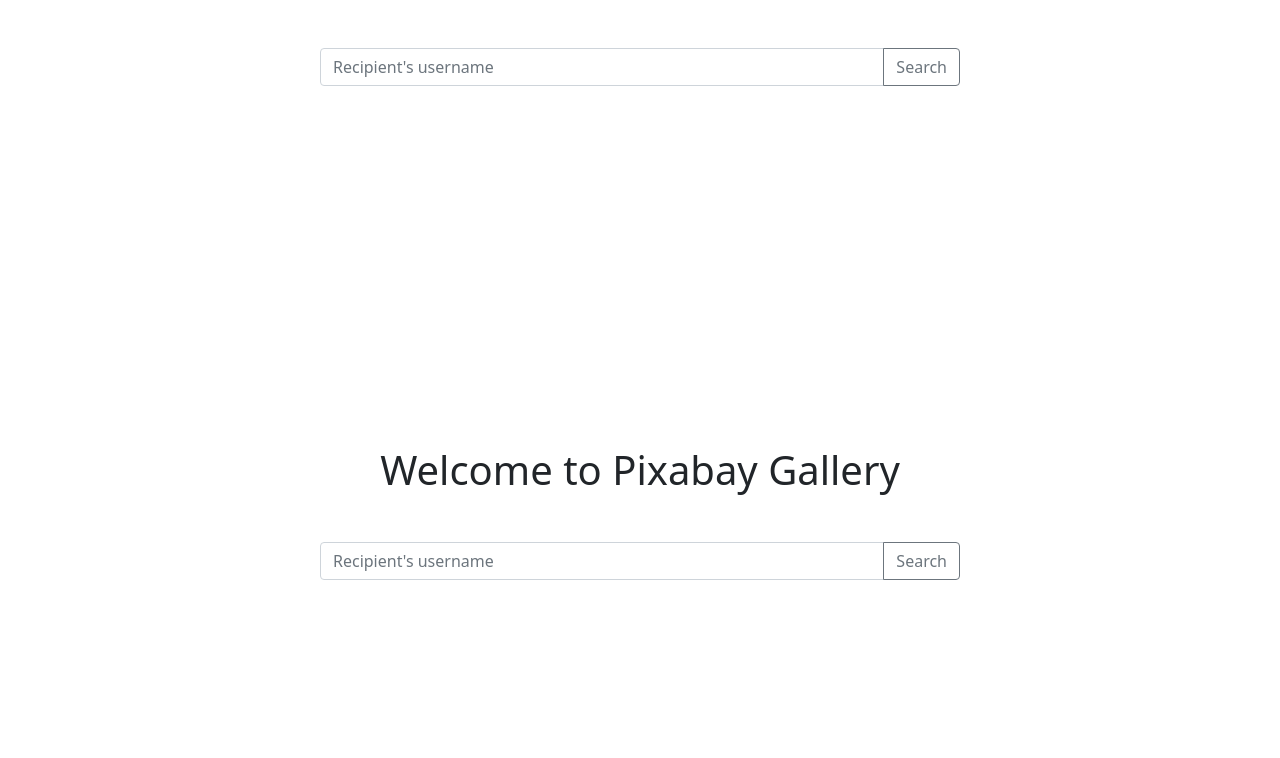
Repository: mehedi9465/PixaBay-Gallery
Page: index.html
An editor plug-in stored every save of this project. The page is shown before and after the next save, followed by the edit.
The browser window is 1280 px wide. The pictures show the whole page.

Above is the page before, as saved 2023-05-09 14:51:30.

### index.html
<!DOCTYPE html>
<html lang="en">
<head>
    <meta charset="UTF-8">
    <meta http-equiv="X-UA-Compatible" content="IE=edge">
    <meta name="viewport" content="width=device-width, initial-scale=1.0">
    <title>Pixabay</title>
    <link rel="shortcut icon" href="https://pixabay.com/favicon-32x32.png" type="image/x-icon">
    <link href="https://cdn.jsdelivr.net/npm/bootstrap@5.1.1/dist/css/bootstrap.min.css" rel="stylesheet" integrity="sha384-F3w7mX95PdgyTmZZMECAngseQB83DfGTowi0iMjiWaeVhAn4FJkqJByhZMI3AhiU" crossorigin="anonymous">
    <script src="https://cdn.jsdelivr.net/npm/bootstrap@5.1.1/dist/js/bootstrap.bundle.min.js" integrity="sha384-/bQdsTh/da6pkI1MST/rWKFNjaCP5gBSY4sEBT38Q/9RBh9AH40zEOg7Hlq2THRZ" crossorigin="anonymous"></script>
    <link rel="stylesheet" href="css/style.css">
</head>
<body>

<main>
    <div class="input-group mt-5 mb-5 w-50 mx-auto overflow-hidden">
        <input type="text" class="form-control" placeholder="Recipient's username" aria-label="Recipient's username" aria-describedby="button-addon2" id="InputField">
        <button class="btn btn-outline-secondary" type="button" id="button-addon2">Search</button>
    </div>
    <div id="details" class="text-center mb-5 position-relative overflow-auto">

    </div>

    <div id="image-Container" class="row row-cols-1 row-cols-md-4 g-4 overflow-hidden">

    </div>
</main>

<main>
      <div class="position-relative" style="height: 80vh">
        <div
        class="text-center fs-1 position-absolute top-50 bottom-50 start-0 end-0 m-auto"
        >
        <h1 class="text-center fs-1">Welcome to Pixabay Gallery</h1>
          <div class="input-group mt-5 mb-5 w-50 mx-auto overflow-hidden">
            <input
              type="text"
              class="form-control"
              placeholder="Recipient's username"
              aria-label="Recipient's username"
              aria-describedby="button-addon2"
              id="InputField"
            />
            <button
              class="btn btn-outline-secondary"
              type="button"
              id="button-addon2"
            >
              Search
            </button>
          </div>
        </div>
      </div>

      <div id="details" class="text-center mb-5 position-relative overflow-auto">

    </div>

    <div id="image-Container" class="row row-cols-1 row-cols-md-4 g-4 overflow-hidden">

    </div>
    </main>



    <script src="js/script.js"></script>
</body>
</html>

### css/style.css
.col img{
    width: 450px;
    height: 350px;
    object-fit: cover;
}

### js/script.js
const KEY = "12991928-c7c6409774c494db9971343c7";
let dataList = [];

const getData = (query) => {
  fetch(
    `https://pixabay.com/api/?key=${KEY}&q=${query}&image_type=photo&pretty=true`
  )
    .then((response) => response.json())
    .then((data) => loadData(data.hits))
    .catch((err) => console.log(err));
};

document.getElementById("button-addon2").addEventListener("click", () => {
  const inputValue = document.getElementById("InputField").value;
  getData(inputValue);
});

const loadData = (datas) => {
  dataList = [...datas];
  if (datas.length === 0) {
    alert("No result found");
    return;
  }
  const imageContainer = document.getElementById("image-Container");
  imageContainer.innerHTML = "";
  datas.forEach((data) => {
    let imgSerial = datas.indexOf(data);
    const appendDiv = document.createElement("div");
    appendDiv.innerHTML = `
        <div id="image" class="col text-center" onclick="loadDetails('${data.largeImageURL}', '${imgSerial}')">
            <img src="${data.largeImageURL}" class="card-img-top" alt="...">
        </div>
        `;
    imageContainer.appendChild(appendDiv);
  });
};

const detailDiv = document.getElementById("details");

document.getElementById("InputField").addEventListener("click", () => {
  document.getElementById("InputField").value = "";
});

const loadDetails = (data, imgSerial) => {
  // console.log(imgSerial);
  const img = document.createElement("img");
  img.setAttribute("src", data);

  const nextBTN = document.createElement("span");
  // nextBTN.innerHTML = `<button class="btn btn-secondary border-0 outline-0">Next</button>`
  nextBTN.innerHTML = `<img src="https://cdn-icons-png.flaticon.com/512/892/892528.png" width='80' class="position-absolute end-0 top-50 bottom-50 m-auto cursor-pointer" alt="..." onclick="onNext('${imgSerial}')" />`;

  const prevBTN = document.createElement("span");
  // prevBTN.innerHTML = `<button class="btn btn-secondary border-0 outline-0">Prev</button>`
  prevBTN.innerHTML = `<img src="https://cdn-icons-png.flaticon.com/512/892/892512.png" width='80' class="position-absolute start-0 top-50 bottom-50 m-auto cursor-pointer" alt="..." onclick="onPrev('${imgSerial}')" />`;

  detailDiv.innerHTML = "";
  detailDiv.append(prevBTN);
  detailDiv.appendChild(img);
  detailDiv.append(nextBTN);
};

const onNext = (imgSerial) => {
  if (imgSerial >= 0 && imgSerial <= 18) {
    imgSerial++;
    const data = dataList[imgSerial];
    loadDetails(data.largeImageURL, imgSerial);
  } else if (imgSerial == 19) {
    imgSerial = 0;
    const data = dataList[imgSerial];
    loadDetails(data.largeImageURL, imgSerial);
  }
};

const onPrev = (imgSerial) => {
  if (imgSerial <= 19 && imgSerial >=1) {
    imgSerial--;
    const data = dataList[imgSerial];
    loadDetails(data.largeImageURL, imgSerial);
  } else if (imgSerial == 0) {
    imgSerial = 19;
    const data = dataList[imgSerial];
    loadDetails(data.largeImageURL, imgSerial);
  }
};

// const nextBTN = ' <span><img class="border-0 outline-0" src="https://cdn-icons-png.flaticon.com/512/892/892512.png" alt="Prev" width="200"></span>'
// const prevBTN = '<span><img src="https://cdn-icons-png.flaticon.com/512/892/892528.png" alt="Next" width="200"></span>'

After the next save:
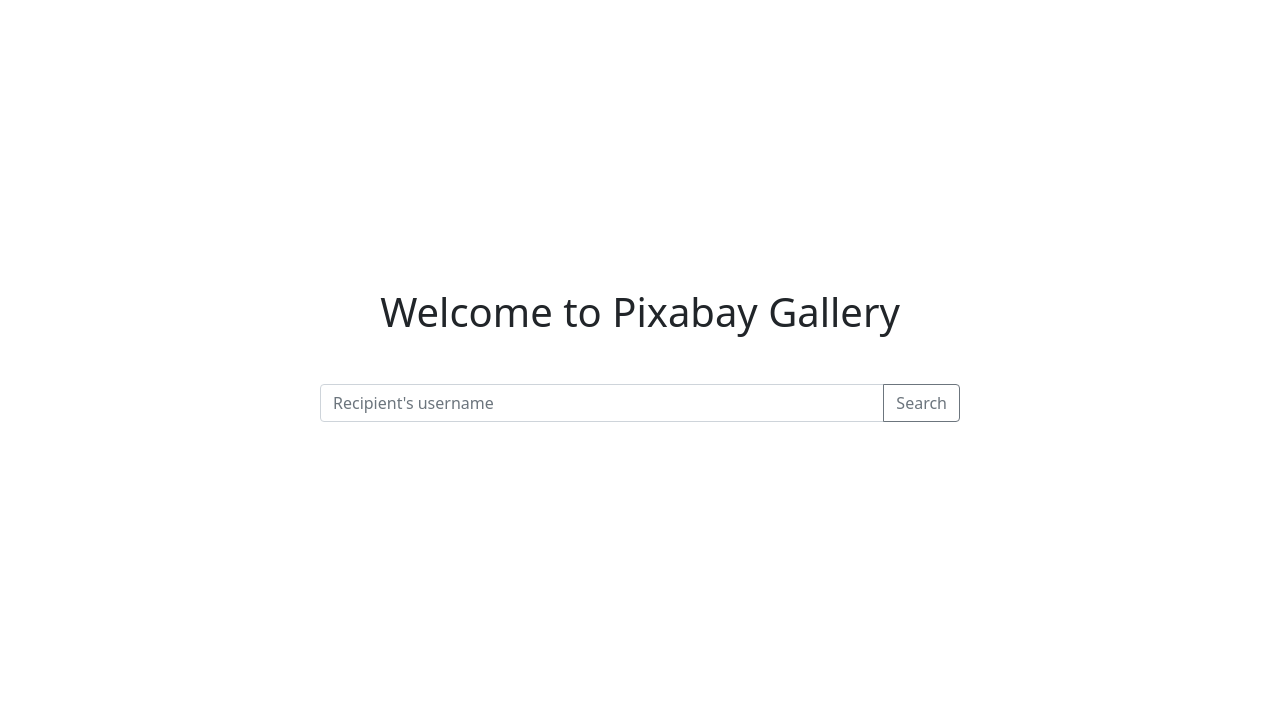
Saved 8 s later.
--- a/index.html
+++ b/index.html
@@ -12,7 +12,7 @@
 </head>
 <body>
 
-<main>
+<!-- <main>
     <div class="input-group mt-5 mb-5 w-50 mx-auto overflow-hidden">
         <input type="text" class="form-control" placeholder="Recipient's username" aria-label="Recipient's username" aria-describedby="button-addon2" id="InputField">
         <button class="btn btn-outline-secondary" type="button" id="button-addon2">Search</button>
@@ -24,7 +24,7 @@
     <div id="image-Container" class="row row-cols-1 row-cols-md-4 g-4 overflow-hidden">
 
     </div>
-</main>
+</main> -->
 
 <main>
       <div class="position-relative" style="height: 80vh">

After the save that followed:
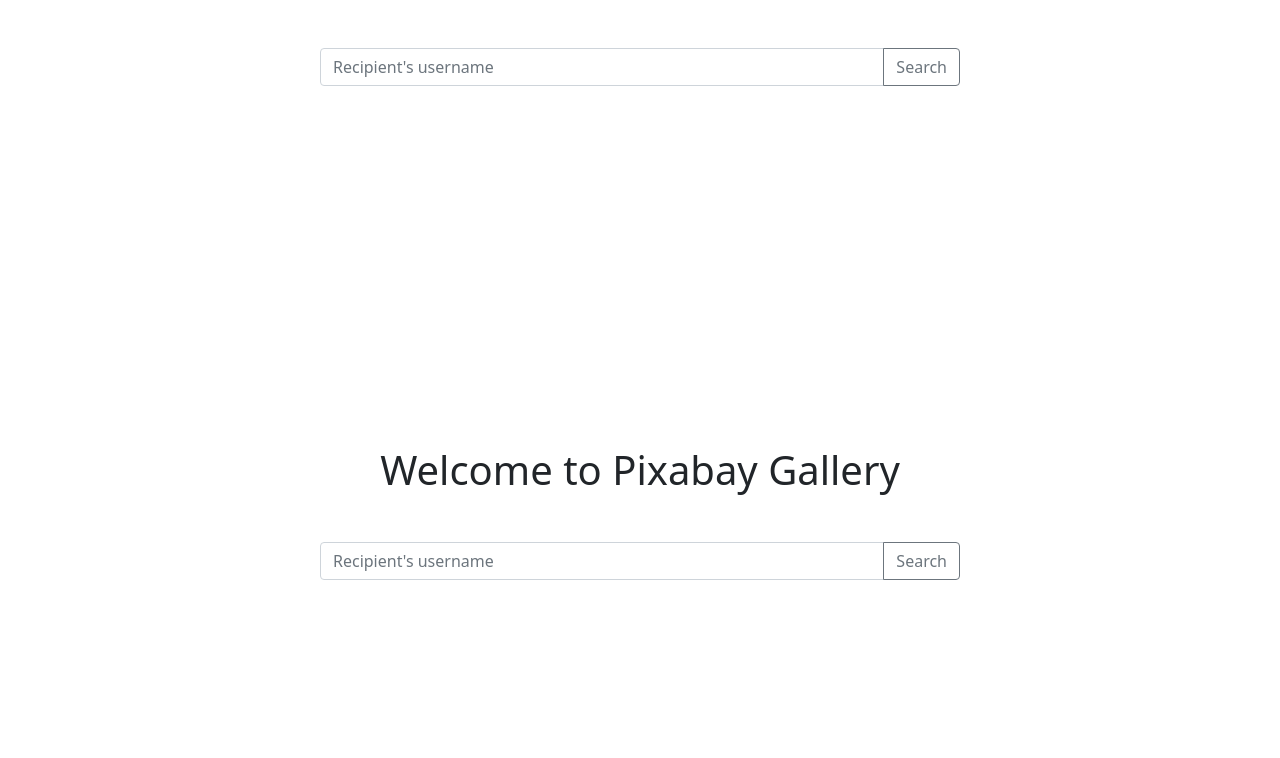
Saved 44 s later.
--- a/index.html
+++ b/index.html
@@ -12,7 +12,7 @@
 </head>
 <body>
 
-<!-- <main>
+<main>
     <div class="input-group mt-5 mb-5 w-50 mx-auto overflow-hidden">
         <input type="text" class="form-control" placeholder="Recipient's username" aria-label="Recipient's username" aria-describedby="button-addon2" id="InputField">
         <button class="btn btn-outline-secondary" type="button" id="button-addon2">Search</button>
@@ -24,7 +24,7 @@
     <div id="image-Container" class="row row-cols-1 row-cols-md-4 g-4 overflow-hidden">
 
     </div>
-</main> -->
+</main>
 
 <main>
       <div class="position-relative" style="height: 80vh">
